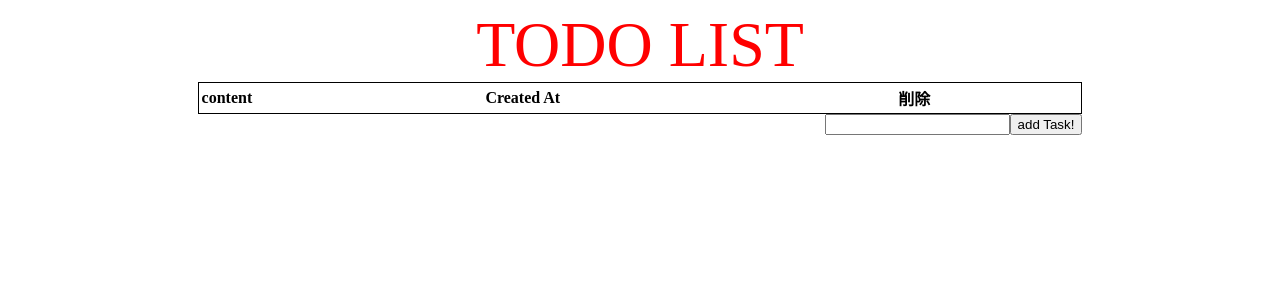
Repository: WistreHosshii/hacathon_todolList
Page: /
These files come from the project's save history. The page is drawn as it stood at one moment and after the next save; the edit follows.
The browser window is 1280 px wide. The pictures show the whole page.
The page's requests for data from a server got no answer. The project was rebuilt for these pictures with package versions that can differ from the ones it lists, and the page was loaded fresh each time. No one was signed in, and anything a server would have sent is missing.

Above is the page before, as saved 2019-06-11 00:25:41.

### index.html
<!DOCTYPE html>
<html lang="ja">

<head>
    <meta charset="UTF-8">
    <meta name="viewport" content="width=device-width, initial-scale=1.0">
    <meta http-equiv="X-UA-Compatible" content="ie=edge">
    <title>Document</title>
    <!-- <link rel="stylesheet" href="./index.css"> -->
</head>

<body>
    <div id="root"></div>
    <script src="./index.tsx"></script>
</body>

</html>

### App.tsx
import React, { Component } from 'react';
import { get, post, deleteTask } from './axios';
import styled from 'styled-components';

const CustomizedText = styled.div`
  font-size: 4rem;
  color: red;
  text-align: center;
`;
const Body = styled.div`
  width: 100%;
  font-size: 1rem;
`;
const JobTable = styled.table`
  text-align: left;
  margin: 0 auto;
  width: 100%;
  border: solid 1px black;
`;
const Button = styled.div`
  top: 100px;
  float: right;
`;
const TableWrapper = styled.div`
  margin: 0 auto;
  width: 70%;
`;
interface Props {}
interface State {
  todos: Todo[];
  value: string;
}

export default class App extends Component<Props, State> {
  constructor(props: any) {
    super(props);
    this.state = {
      todos: [],
      value: '',
    };
    this.handleChange = this.handleChange.bind(this);
  }

  componentDidMount() {
    get().then(response => {
      const todos: Todo[] = response.data.todos;
      this.setState({ todos });
    });
  }
  addTaskHandler() {
    if (this.state.value !== '') {
      post(this.state.value).then(response => {
        const todo: Todo = response.data;
        this.setState(state => ({ todos: [...state.todos, todo] }));
        this.setState({ value: '' });
      });
    }
  }
  deleteTaskHandler(id: string) {
    deleteTask(id).then(response => {
      const todos = this.state.todos.filter(v => v.id !== id);
      this.setState({ todos });
    });
  }
  handleChange(event: any) {
    this.setState({ value: event.target.value });
  }

  render() {
    return (
      <Body>
        <div className="todoList">
          <CustomizedText>TODO LIST</CustomizedText>
          <TableWrapper>
            <JobTable>
              <tbody>
                <tr>
                  <th>content</th>
                  <th>Created At</th>
                  <th>削除</th>
                </tr>

                {this.state.todos.reverse().map((todo, i) => {
                  return (
                    <tr key={i}>
                      <td>{todo.content}</td>
                      <td>{new Date(todo.createdAt).toLocaleString()}</td>
                      <td>
                        <button
                          onClick={() => {
                            this.deleteTaskHandler(todo.id);
                          }}
                        >
                          削除!
                        </button>
                      </td>
                    </tr>
                  );
                })}
              </tbody>
            </JobTable>
            <Button className="computeTaskWrapper">
              <input type="text" value={this.state.value} onChange={this.handleChange} />
              <button
                className="btn"
                onClick={() => {
                  this.addTaskHandler();
                }}
              >
                add Task!
              </button>
            </Button>
          </TableWrapper>
        </div>
      </Body>
    );
  }
}

### axios.tsx
import axios from 'axios';
import App from './App';

const url = 'http://hackathon-test-server.jichoup.trap.show/';
export const get = () => {
  return axios.get(url);
};
export const post = (value: string) => {
  const content: TodoList.Post.Request = { content: value };
  return axios.post(url, content);
};
export const deleteTask = (_id: string) => {
  const id: TodoList.Delete.Request = { id: _id };
  return axios.delete(url, { data: id });
};

Loaded but not shown: index.tsx (common file)

After the next save:
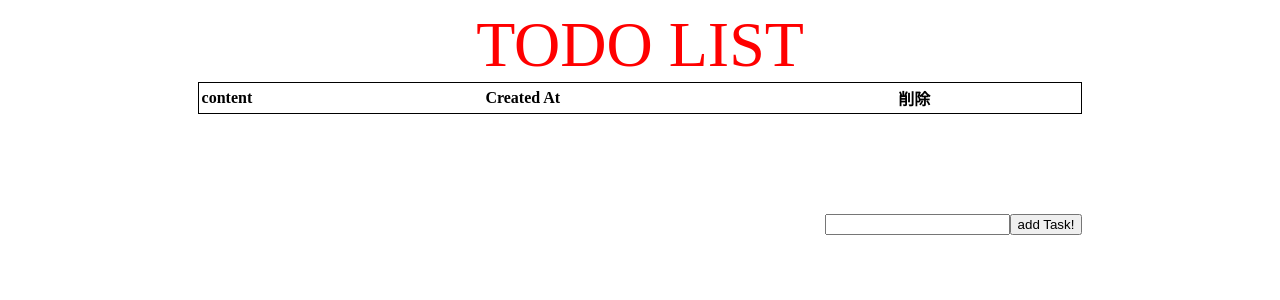
Saved 34 s later.
--- a/App.tsx
+++ b/App.tsx
@@ -18,7 +18,7 @@ const JobTable = styled.table`
   border: solid 1px black;
 `;
 const Button = styled.div`
-  top: 100px;
+  margin-top: 100px;
   float: right;
 `;
 const TableWrapper = styled.div`
